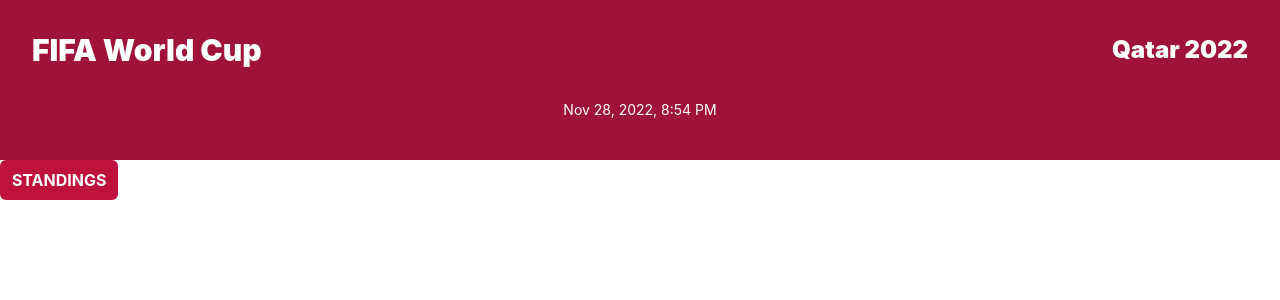
Repository: SaadYasin/nextjs-13-fifa2022
Page: /
The author's editor kept a copy of each file at every save. The page is drawn from the files as they stood at one save, then again after a run of saves.
The browser window is 1280 px wide. The pictures show the whole page.
The project was rebuilt for these pictures with package versions that can differ from the ones it lists, and the page was loaded fresh each time. The framework's server and built-in components were replaced by stand-ins that run in the browser. Also part of the build but not shown: next.config.js.

Above is the page before, as saved 2022-11-28 21:25:44.

### app/layout.jsx
import Link from 'next/link';
import {DateTime} from 'luxon';
import './globals.css'

export default function RootLayout({ children }) {
  return (
    <html lang="en">
      {/*
        <head /> will contain the components returned by the nearest parent
        head.jsx. Find out more at https://beta.nextjs.org/docs/api-reference/file-conventions/head
      */}
      <head />
      <body className="container mx-auto">
        <nav className="bg-rose-800 h-40 p-8">
          <div className="flex flex-col items-center md:flex-row md:justify-between">
            <Link href="/">
              <h1 className="text-2xl md:text-3xl font-black text-white">
                FIFA World Cup
              </h1>
            </Link>
            <h4 className="text-xl md:text-2xl font-black text-white">
              Qatar 2022
            </h4>
          </div>
            <p className='text-sm text-white mt-8 text-center '>{DateTime.now().toLocaleString(DateTime.DATETIME_MED) }</p>
        </nav>
        {children}
      </body>
    </html>
  );
}

### app/page.jsx
import Image from 'next/image'
import Link from 'next/link'

export default function Home() {
  return (
    <div className='text-red-500 font-bold'>
      <Link href="/">
        <button className='bg-rose-700 hover:bg-red-600 px-3 py-2 rounded-md text-white font-bold uppercase'>Standings</button>
      </Link>
    </div>
  )
}

### app/globals.css
@tailwind base;
@tailwind components;
@tailwind utilities;

* {
  padding: 0;
  margin: 0;
  box-sizing: border-box;
}

html,
body {
  font-family: -apple-system, BlinkMacSystemFont, Segoe UI, Roboto, Oxygen,
    Ubuntu, Cantarell, Fira Sans, Droid Sans, Helvetica Neue, sans-serif;
}

Loaded but not shown: tailwind.config.js (common file)

After the next 3 saves:
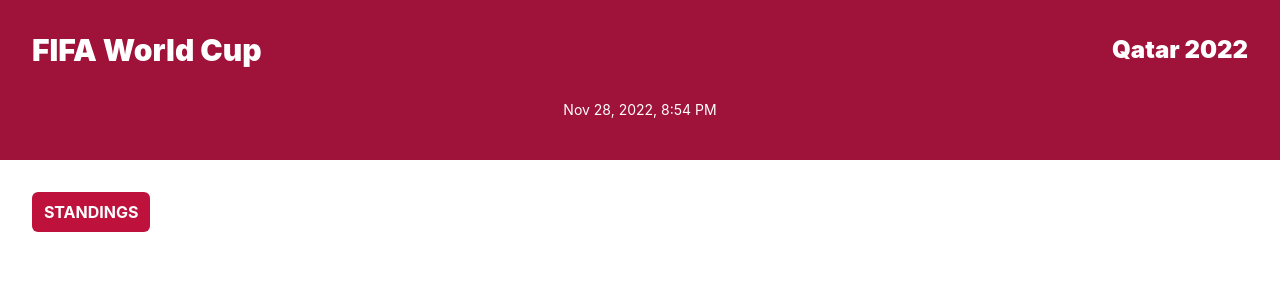
The 3 saves are shown as one change because they came seconds apart.
The last was saved 46 s later.
--- a/app/page.jsx
+++ b/app/page.jsx
@@ -3,7 +3,7 @@
 
 export default function Home() {
   return (
-    <div className='text-red-500 font-bold'>
+    <div className='p-8'>
       <Link href="/">
         <button className='bg-rose-700 hover:bg-red-600 px-3 py-2 rounded-md text-white font-bold uppercase'>Standings</button>
       </Link>
